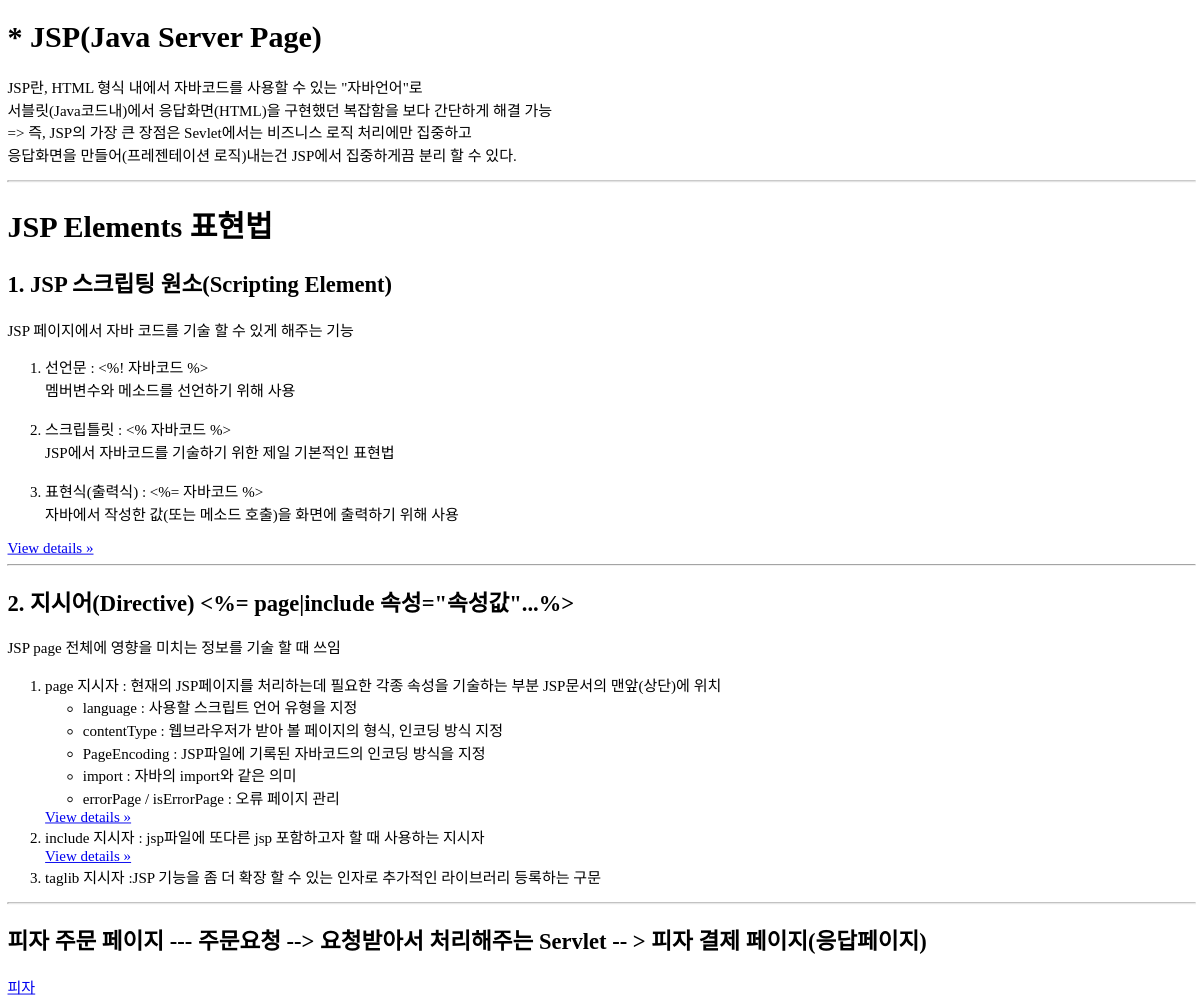
Repository: pje00427/webserver_workspace1
Page: 2_JSP/WebContent/index.html
These files come from the project's save history. The page is drawn as it stood at one moment and after the next save; the edit follows.
The browser window is 1280 px wide. The pictures show the whole page, at 94% of full size.

Above is the page before, as saved 2020-08-31 06:38:01.

### 2_JSP/WebContent/index.html
<!DOCTYPE html>
<html>
<head>
<meta charset="UTF-8">
<title>Insert title here</title>
</head>
<body>

	<h1>* JSP(Java Server Page)</h1>

	<p>
		JSP란, HTML 형식 내에서 자바코드를 사용할 수 있는 "자바언어"로 <br>
		서블릿(Java코드내)에서 응답화면(HTML)을 구현했던 복잡함을 보다 간단하게 해결 가능<br>
		=> 즉, JSP의 가장 큰 장점은 Sevlet에서는 비즈니스 로직 처리에만 집중하고 <br>
		    응답화면을 만들어(프레젠테이션 로직)내는건 JSP에서 집중하게끔 분리 할 수 있다.
	</p>
	<hr>

	<h1>JSP Elements 표현법</h1>  <!-- 필기확인하기 -->

	<h2>1. JSP 스크립팅 원소(Scripting Element)</h2>
	<p>JSP 페이지에서 자바 코드를 기술 할 수 있게 해주는 기능</p>
	<ol>
		<li>
			선언문 : &lt;%! 자바코드 	%&gt; <br>
			멤버변수와 메소드를 선언하기 위해 사용 <br><br>
		</li>

		<li>
			스크립틀릿 : &lt;% 	자바코드 	%&gt; <br>
			JSP에서 자바코드를 기술하기 위한 제일 기본적인 표현법 <br><br>
		</li>
		<li>
			표현식(출력식) : &lt;%=  자바코드	%&gt;<br>
			자바에서 작성한 값(또는 메소드 호출)을 화면에 출력하기 위해 사용
		</li>

	</ol>

	<a href="views/01_ScriptingElement.jsp">View details &raquo;</a>
	<hr>

	<h2>2. 지시어(Directive) &lt;%= page|include 속성="속성값"...%&gt;</h2>
	<p>JSP page 전체에 영향을 미치는 정보를 기술 할 때 쓰임</p>

	<ol>
		<li>
			page 지시자 : 현재의 JSP페이지를 처리하는데 필요한 각종 속성을 기술하는 부분 JSP문서의 맨앞(상단)에 위치<br>
			<ul>
				<li>language : 사용할 스크립트 언어 유형을 지정</li>
				<li>contentType : 웹브라우저가 받아 볼 페이지의 형식, 인코딩 방식 지정</li>
				<li>PageEncoding : JSP파일에 기록된 자바코드의 인코딩 방식을 지정</li>
				<li>import : 자바의 import와 같은 의미</li>
				<li>errorPage / isErrorPage : 오류 페이지 관리</li>
			</ul>
			<a href="views/02_directivePage.jsp">View details &raquo;</a>
		</li>
		<li>
			include 지시자 : jsp파일에 또다른 jsp 포함하고자 할 때 사용하는 지시자 <br>
			<a href="views/03_directiveInclude.jsp">View details &raquo;</a>
		</li>
		<li>
			taglib 지시자 :JSP 기능을 좀 더 확장 할 수 있는 인자로 추가적인 라이브러리 등록하는 구문 <br>
		</li>
	</ol>

	<hr>
	<h2>피자 주문 페이지 --- 주문요청 --> 요청받아서 처리해주는 Servlet -- > 피자 결제 페이지(응답페이지)</h2>

	<a href="views/04_pizzaOrderForm.jsp">피자</a>

</body>
</html>

After the next save:
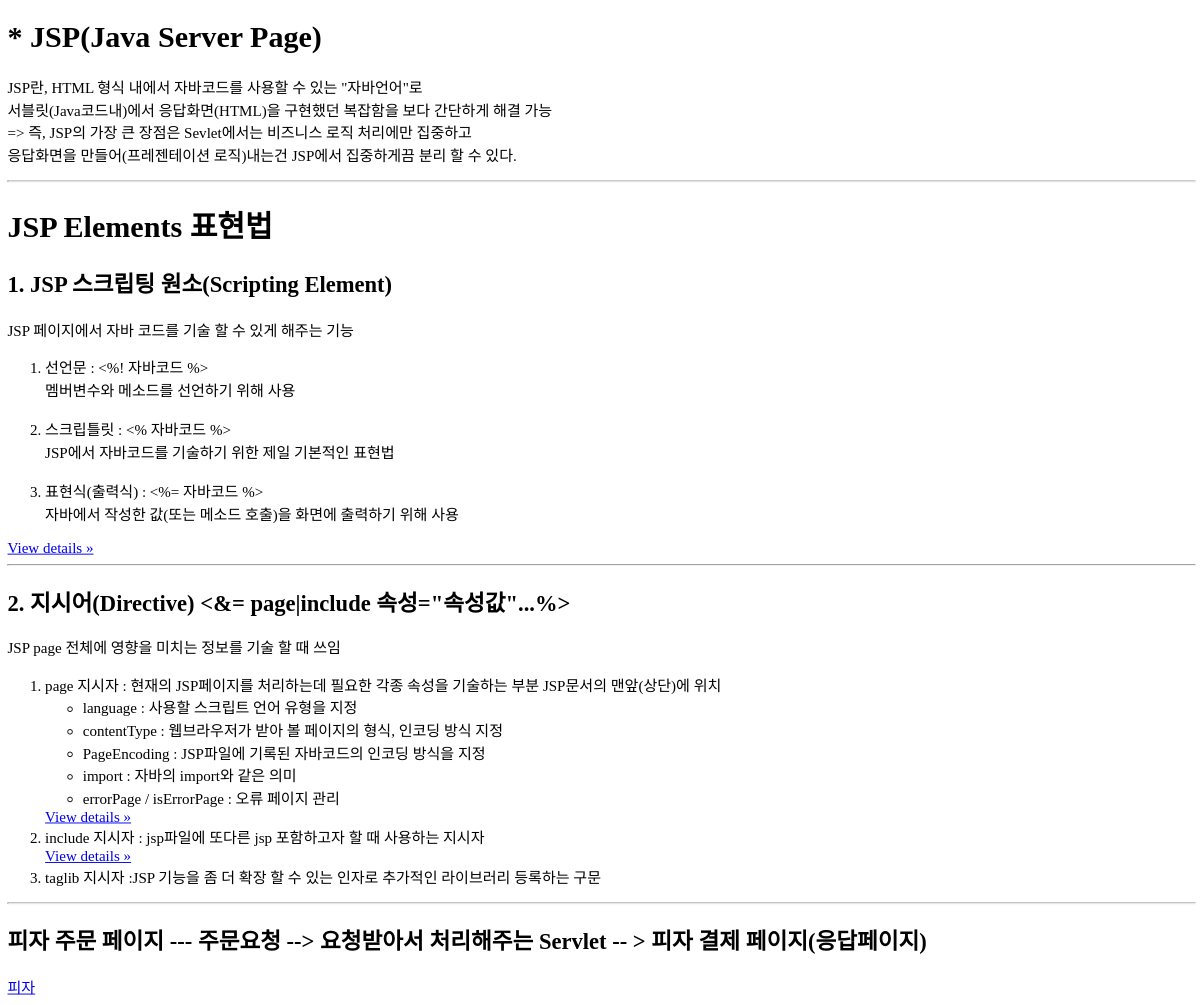
Saved 20 s later.
--- a/2_JSP/WebContent/index.html
+++ b/2_JSP/WebContent/index.html
@@ -40,7 +40,7 @@
 	<a href="views/01_ScriptingElement.jsp">View details &raquo;</a>
 	<hr>
 
-	<h2>2. 지시어(Directive) &lt;%= page|include 속성="속성값"...%&gt;</h2>
+	<h2>2. 지시어(Directive) &lt;&= page|include 속성="속성값"...%&gt;</h2>
 	<p>JSP page 전체에 영향을 미치는 정보를 기술 할 때 쓰임</p>
 
 	<ol>
